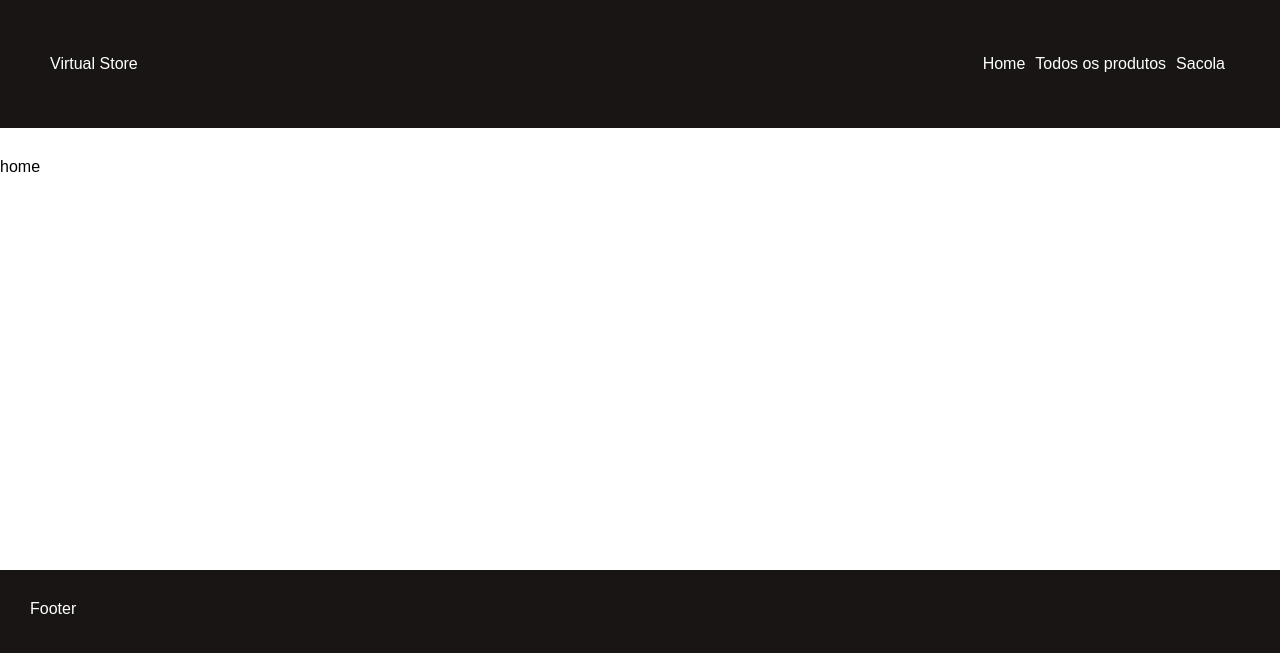
Repository: meiotera/virtuL-store
Page: /
These files come from the project's save history. The page is drawn as it stood at one moment and after the next save; the edit follows.
The browser window is 1280 px wide. The pictures show the whole page.
The project was rebuilt for these pictures with package versions that can differ from the ones it lists, and the page was loaded fresh each time. Also part of the build but not shown: vite.config.js, src/services/api.js, src/styles/ProductCard.module.css, src/styles/Button.module.css, src/components/Button.jsx, src/components/ProductCard.jsx, src/styles/ProductList.module.css, src/pages/ProductList.jsx and 4 more.

Above is the page before, as saved 2025-04-09 06:15:32.

After the next save:
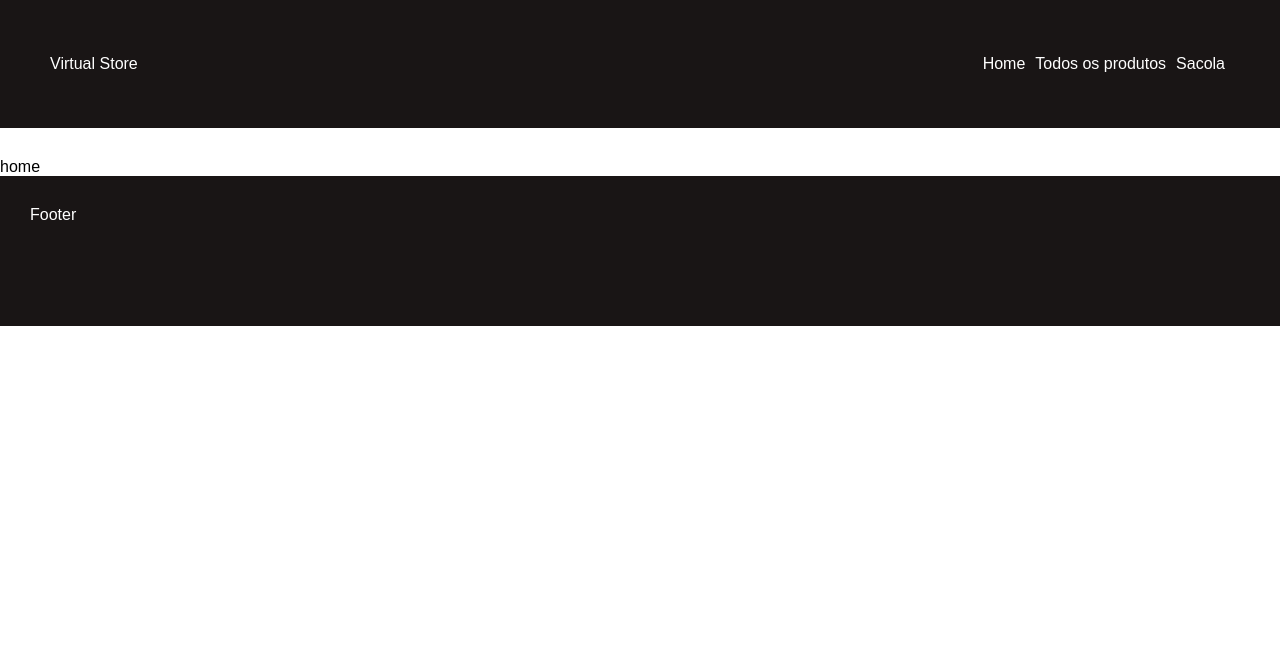
Saved 46 s later.
--- a/src/index.css
+++ b/src/index.css
@@ -11,15 +11,3 @@
 body {
   margin: 0 auto;
 }
-
-main {
-  height: 100%;
-}
-
-footer {
-  position: absolute;
-
-  bottom: 0;
-  left: 0;
-  right: 0;
-}
